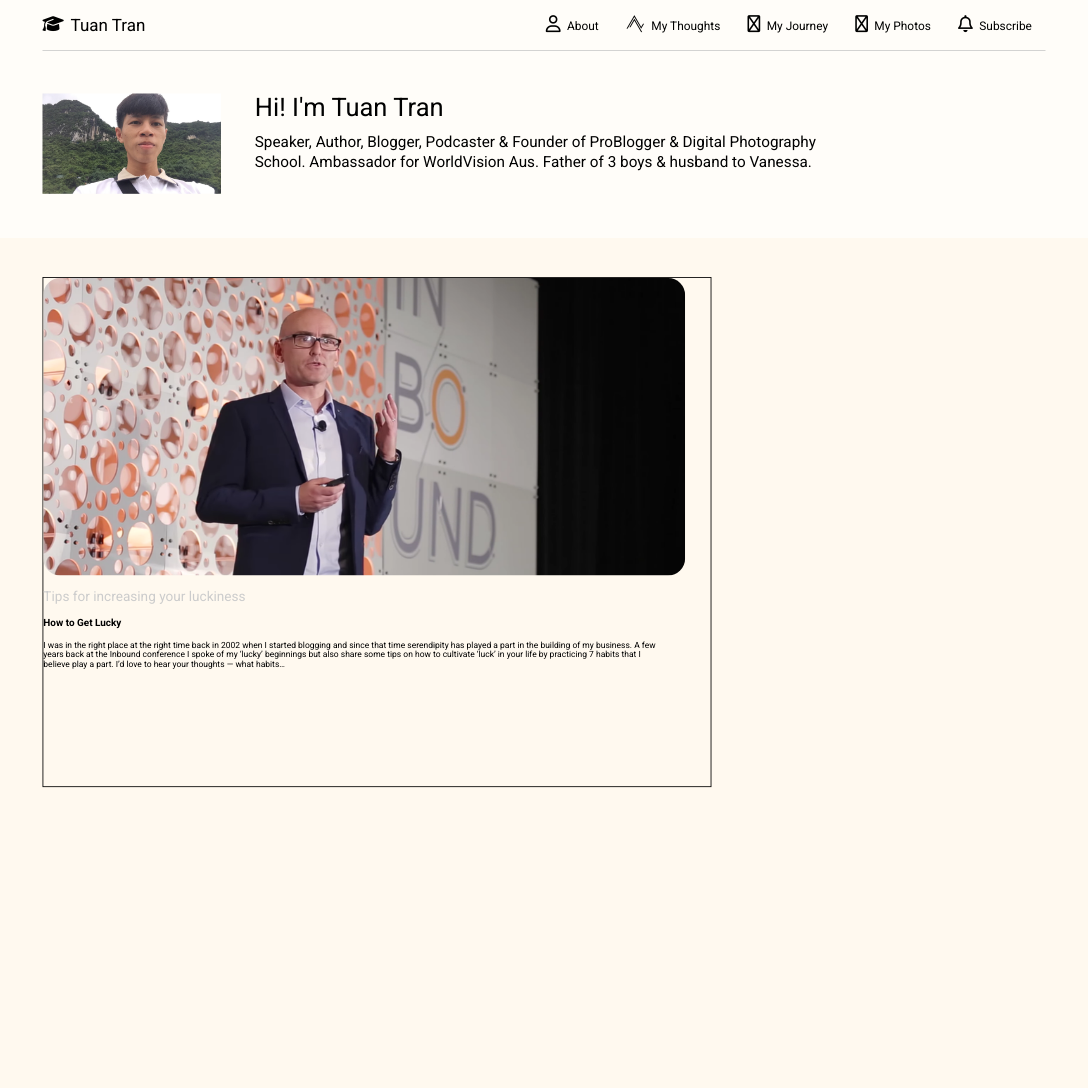
Repository: TranDinhTuann/Blog-Demo
Page: index.html
These files come from the project's save history. The page is drawn as it stood at one moment and after the next save; the edit follows.
The browser window is 1280 px wide. The pictures show the whole page, at 85% of full size.

Above is the page before, as saved 2023-03-22 20:29:12.

After the next save:
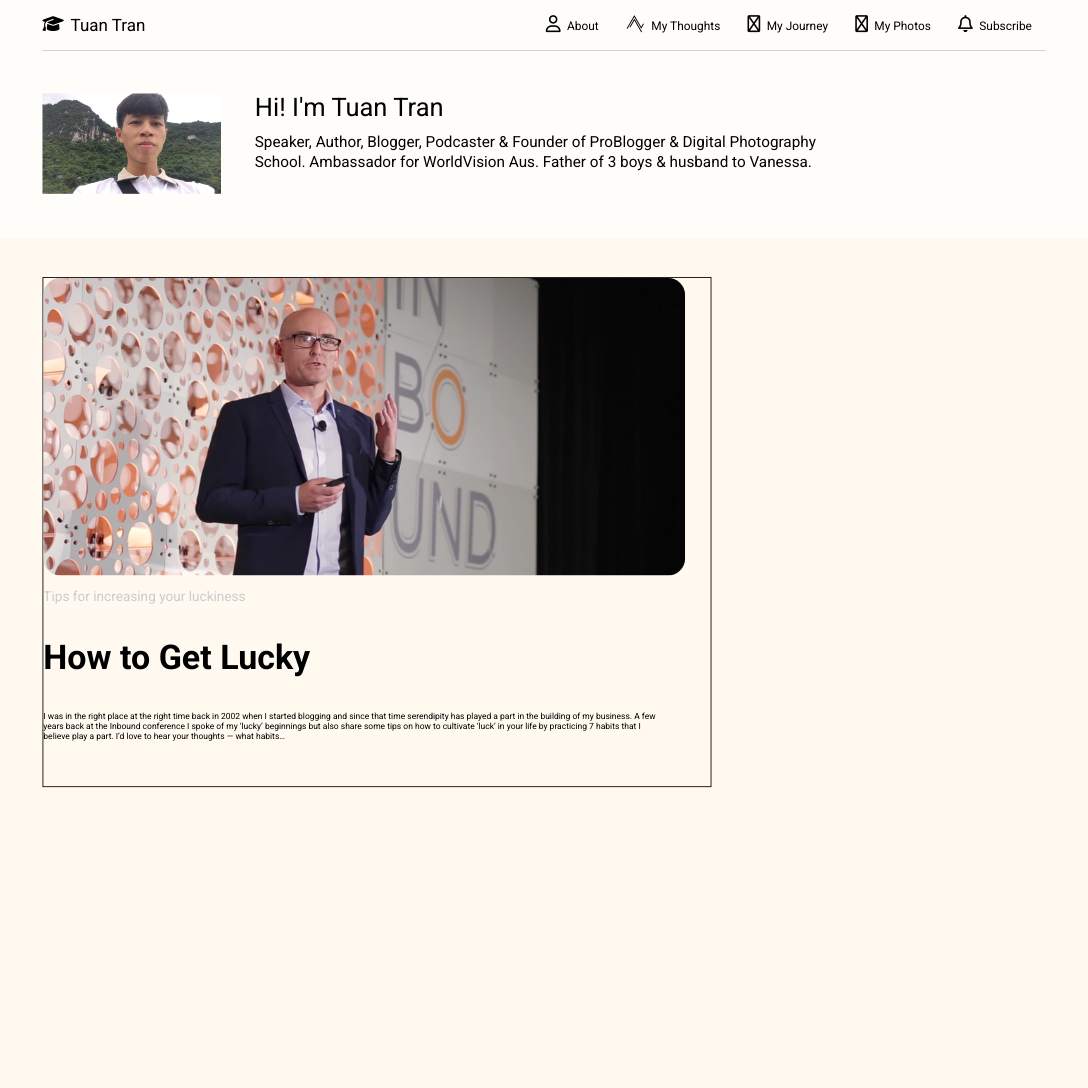
Saved 31 s later.
--- a/assets/css/main.css
+++ b/assets/css/main.css
@@ -119,3 +119,6 @@
     font-size: 16px;
     color: #ccc;
 }
+.heading {
+    font-size: 40px;
+}
